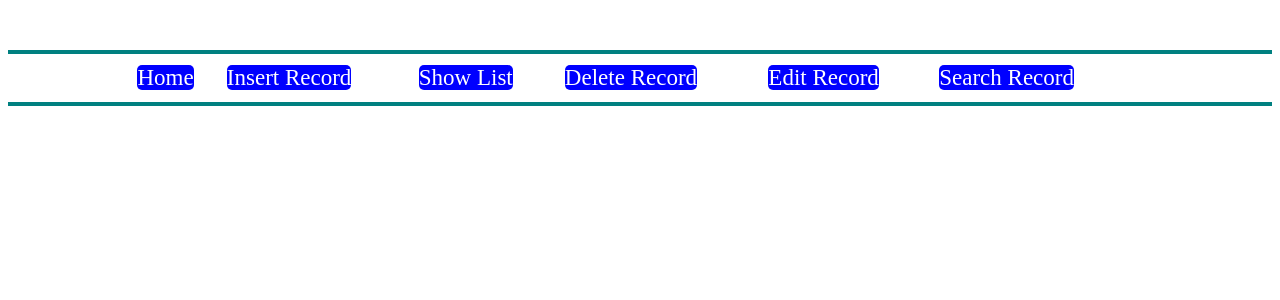
Repository: nikunj-var/Advance_Java
Page: http://localhost/product_management/insert.jsp
An editor plug-in stored every save of this project. The page is shown before and after the next save, followed by the edit.
The browser window is 1280 px wide. The pictures show the whole page.
The page is served by Tomcat 10. Other server files are loaded and not shown.

Above is the page before, as saved 2023-07-17 13:03:31.

### product_management/src/main/webapp/insert.jsp
<%@ page language="java" contentType="text/html; charset=UTF-8"
    pageEncoding="UTF-8"%>
    <%@ include file = "navbar.jsp"%>
<!DOCTYPE html>
<html>
<head>
<meta charset="UTF-8">
<title>Insert title here</title>
</head>
<body>

</body>
</html>

### product_management/src/main/webapp/navbar.jsp

<html>
	<head>
		<link rel='stylesheet' href='CSS/style.css'>
	</head>
	<body>
		<div class='div'>
			<hr style='border:2px solid teal;'>
			<table style='margin:auto; width:80%;'>
				<tr>
					<td><a href= '/product_management' class='btr'>Home</a></td>
					<td><a href= '#' class='btr'>Insert Record</a></td>
					<td><a href= '#' class='btr'>Show List</a></td>
					<td><a href= '#' class='btr'>Delete Record</a></td>
					<td><a href= '#' class='btr'>Edit Record</a></td>
					<td><a href= '#' class='btr'>Search Record</a></td>
				</tr>
			</table>
			<hr style='border:2px solid teal;'>
		</div>

	</body>
</html>

### product_management/src/main/webapp/CSS/style.css
.div{
	text-align: center;
	margin-top: 50px;
}

.btr{
	color: white;
	background-color: blue;
	padding-top: 5px 15px;
	border-radius: 5px;
	text-decoration: none;
	font-size: 23px;
}
.btr:hover{
	background-color: gray;

}

After the next save:
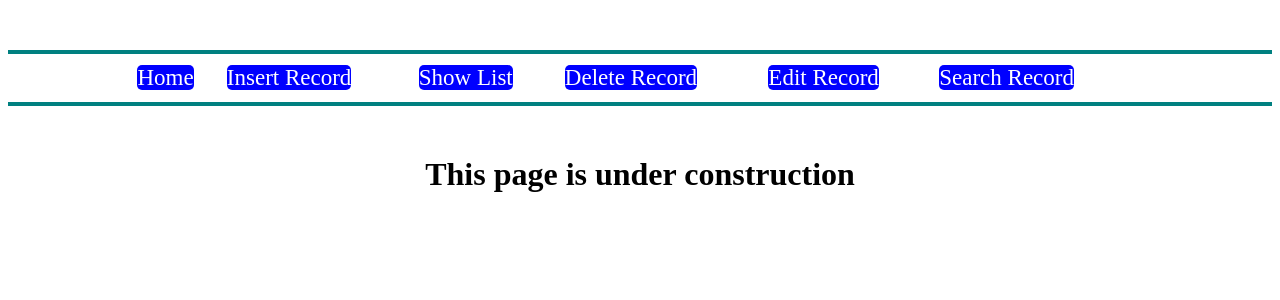
Saved 94 s later.
--- a/product_management/src/main/webapp/insert.jsp
+++ b/product_management/src/main/webapp/insert.jsp
@@ -1,13 +1,8 @@
-<%@ page language="java" contentType="text/html; charset=UTF-8"
-    pageEncoding="UTF-8"%>
-    <%@ include file = "navbar.jsp"%>
-<!DOCTYPE html>
+<%@ include file = "navbar.jsp"%>
 <html>
-<head>
-<meta charset="UTF-8">
-<title>Insert title here</title>
-</head>
-<body>
-
-</body>
+	<body>
+		<div class='div'>
+			<h1>This page is under construction</h1>
+		</div>
+	</body>
 </html>
